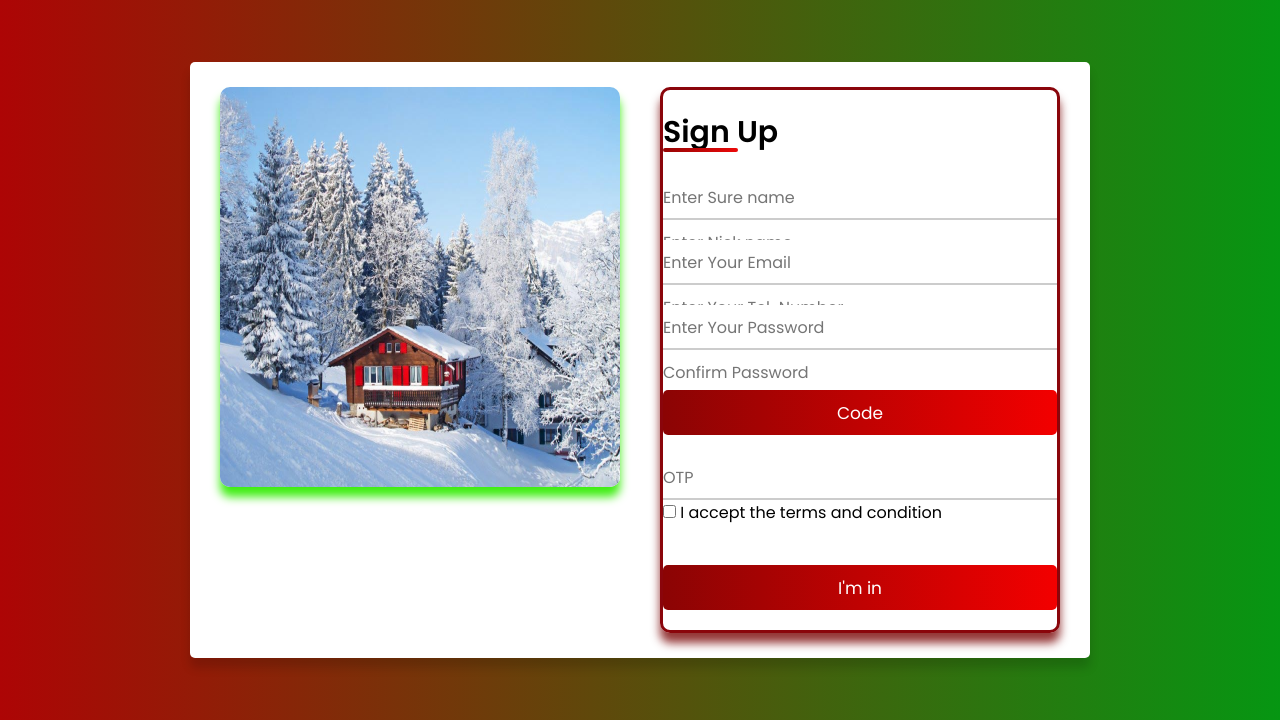
Repository: dev-ashik/Halloween
Page: Reg Page/Index.html
The author's editor kept a copy of each file at every save. The page is drawn from the files as they stood at one save, then again after a run of saves.
The browser window is 1280 px wide. The pictures show the whole page.

Above is the page before, as saved 2021-12-21 22:18:21.

### Reg Page/Index.html
<!DOCTYPE html>
<html lang="en">

<head>
    <meta charset="UTF-8">
    <meta http-equiv="X-UA-Compatible" content="IE=edge">
    <meta name="viewport" content="width=device-width, initial-scale=1.0">
    <title>Regristration page</title>
    <link rel="stylesheet" href="CSS/main.css">
</head>

<body>
    <div class="con">
        <div class="bann">
            <img src="IMG/banner.jpg" alt="">
        </div>
        <div class="form">
            <form action="#">
                <div class="title">Sign Up</div>
                <div class="box">
                    <input type="text" placeholder="Enter Sure name" id="fn" required>
                    <br/><input type="text" placeholder="Enter Nick name" id="ln" required>
                    <div class="underline"></div>
                </div>
                <div class="box underline">
                    <input type="text" placeholder="Enter Your Email" id="mail" required><br/>
                    <input type="text" placeholder="Enter Your Tel-Number" id="number" required>
                    <div class="underline"></div>
                    <!--Email Field with velidation-->
                </div>
                <div class="box">
                    <input type="password" placeholder="Enter Your Password" id="pwd" required><br/>
                    <input type="password" placeholder="Confirm Password" id="pwd" required>
                    <div class="underline"></div>
                    <!--Password Field with velidation-->
                </div>
                <div class="box button">
                    <button onclick="vercod()" id="vc">Code</button>
                    <!--Code form-->
                </div>
                <div class="box">
                    <input type="text" placeholder="OTP" id="otp" required>
                    <div class="underline"></div>
                    <!--Security Code with velidation-->
                </div>
                <div class="Agreement">
                    <input type="checkbox" id="cb" value="Agree">
                    <label for="Agree">I accept the terms and condition</label>
                    <!--Agreement box-->
                </div>
                <div class="box button">
                    <button onclick="sub()">I'm in</button>
                </div>
            </form>
        </div>
    </div>
</body>
<script src="JS/main.js"></script>

</html>

### Reg Page/CSS/main.css
@import url('https://fonts.googleapis.com/css2?family=Poppins:wght@200;300;400;500;600;700&display=swap');
@import url('https://fonts.googleapis.com/css2?family=Poppins:wght@200;300;400;500;600;700&display=swap');
* {
    margin: 0;
    padding: 0;
    box-sizing: border-box;
    font-family: 'Poppins', sans-serif;
}

html,
body {
    display: grid;
    height: 100vh;
    width: 100%;
    place-items: center;
    background: linear-gradient(to right, #ad0505 0%, #069612 100%);
}

 ::selection {
    background: #ff80bf;
}

.con {
    background: #fff;
    max-width: 900px;
    width: 100%;
    padding: 25px 30px;
    border-radius: 5px;
    box-shadow: 0 10px 10px rgba(0, 0, 0, 0.15);
}

.con .bann img {
    float: left;
    width: 400px;
    height: 400px;
    border-radius: 10px;
    box-shadow: 0 10px 10px #40ee14;
}

.con .form {
    float: right;
    border: 3px solid rgb(138, 5, 11);
    border-radius: 10px;
    max-width: 400px;
    width: 100%;
    box-shadow: 0 10px 10px rgba(121, 4, 4, 0.795);
}

.con .form form .title {
    font-size: 30px;
    font-weight: 600;
    margin: 20px 0 10px 0;
    position: relative;
}

.con .form form .title:before {
    content: '';
    position: absolute;
    height: 4px;
    width: 75px;
    left: 0px;
    bottom: 3px;
    border-radius: 5px;
    background: linear-gradient(to right, #960404 0%, #eb0909 100%);
}

.con .form form .box {
    width: 100%;
    height: 45px;
    margin-top: 20px;
    position: relative;
}

.con .form form .box input {
    width: 100%;
    height: 100%;
    outline: none;
    font-size: 16px;
    border: none;
}

.con .form form .underline::before {
    content: '';
    position: absolute;
    height: 2px;
    width: 100%;
    background: #ccc;
    left: 0;
    bottom: 0;
}

.con .form form .underline::after {
    content: '';
    position: absolute;
    height: 2px;
    width: 100%;
    background: linear-gradient(to right, rgb(136, 2, 2) 0%, #f10404 100%);
    left: 0;
    bottom: 0;
    transform: scaleX(0);
    transform-origin: left;
    transition: all 0.3s ease;
}

.con .form form .box input:focus~.underline::after,
.con .form form .box input:valid~.underline::after {
    transform: scaleX(1);
    transform-origin: left;
}

.con .form form .button {
    margin: 40px 0 20px 0;
}

.con .form .box button {
    width: 100%;
    height: 100%;
    outline: none;
    font-size: 16px;
    border: none;
    background: linear-gradient(to right, #8b0404 0%, #f30000 100%);
    font-size: 17px;
    color: #fff;
    border-radius: 5px;
    cursor: pointer;
    transition: all 0.3s ease;
}

.con .form .box button:hover {
    letter-spacing: 1px;
    background: linear-gradient(to left, #8a0404 0%, #fc0707 100%);
}

footer {
    text-align: center;
    font-size: 30px;
    color: greenyellow;
}

footer:hover {
    color: greenyellow;
    text-shadow: 1px 1px 2px black, 0 0 25px rgb(11, 247, 3), 0 0 5px rgb(10, 255, 1);
}

Loaded but not shown: Reg Page/JS/main.js (no stored copy; drawn as an empty file)

After the next 2 saves:
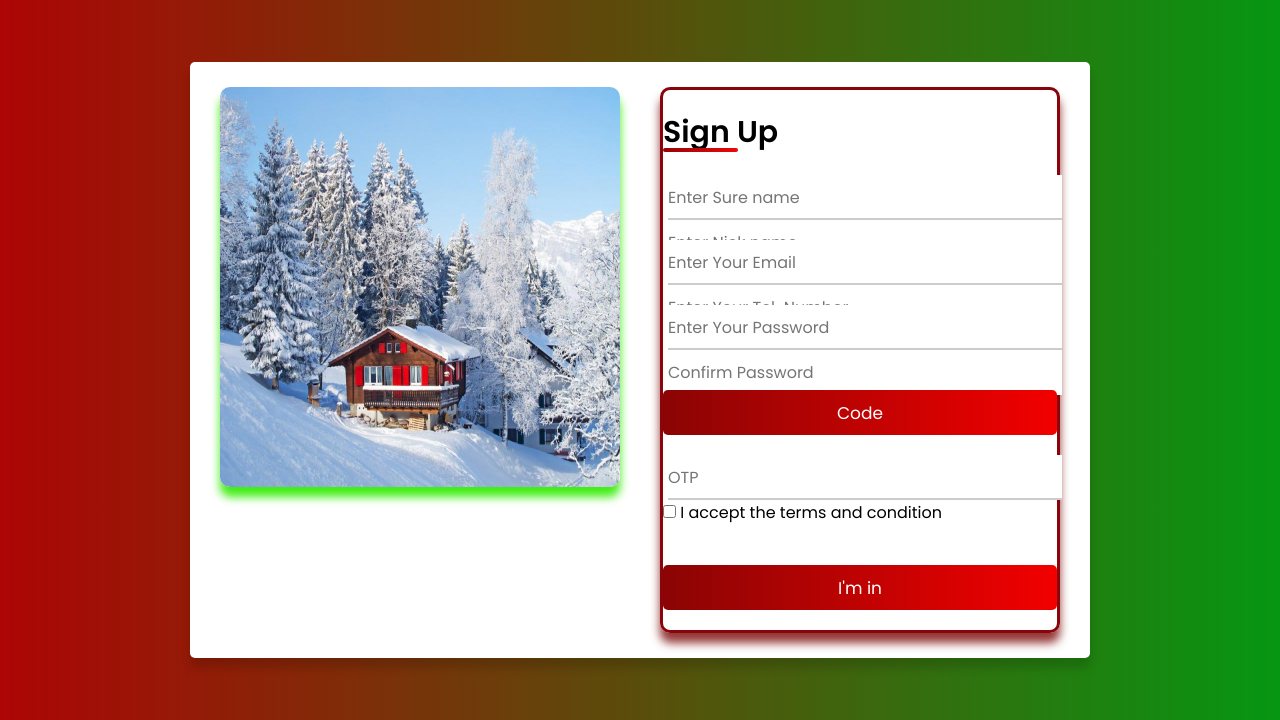
The 2 saves are shown as one change because they came seconds apart.
The last was saved 34 s later.
--- a/Reg Page/CSS/main.css
+++ b/Reg Page/CSS/main.css
@@ -67,7 +67,7 @@ body {
 .con .form form .box {
     width: 100%;
     height: 45px;
-    margin-top: 20px;
+    margin: 20px 5px 0px 5px;
     position: relative;
 }
 
